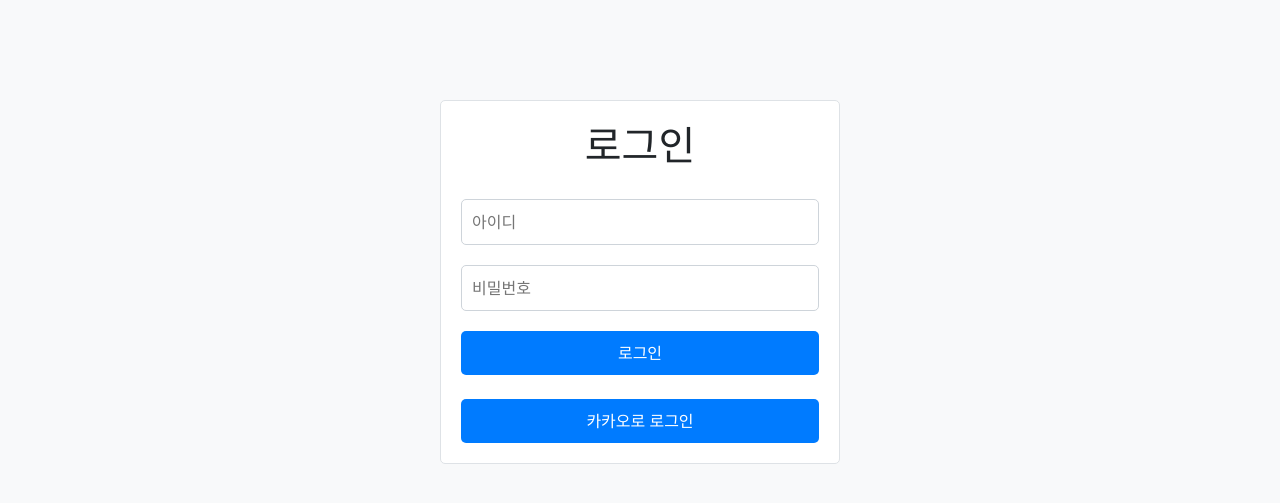
Repository: scy0814/Spring
Page: http://localhost/CYBank/jsp/login/Login.jsp
An editor plug-in stored every save of this project. The page is shown before and after the next save, followed by the edit.
The browser window is 1280 px wide. The pictures show the whole page.
The page is served by Tomcat 9. Other server files are loaded and not shown.

Above is the page before, as saved 2023-07-02 02:37:45.

### CYBank/src/main/webapp/jsp/login/Login.jsp
<%@ page language="java" contentType="text/html; charset=UTF-8" pageEncoding="UTF-8"%>
<!DOCTYPE html>
<html lang="en">
<head>
    <meta charset="UTF-8">
    <meta http-equiv="X-UA-Compatible" content="IE=edge">
    <meta name="viewport" content="width=device-width, initial-scale=1.0">
    <title>로그인</title>
    <!-- Bootstrap CSS -->
    <link rel="stylesheet" href="https://cdn.jsdelivr.net/npm/bootstrap@5.3.0/dist/css/bootstrap.min.css">
    <!-- Custom CSS -->
    <style>
        body {
            background-color: #f8f9fa;
        }

        .container {
            margin-top: 100px;
        }

        .login-wrapper {
            max-width: 400px;
            margin: 0 auto;
            background-color: #ffffff;
            border: 1px solid #dee2e6;
            border-radius: 5px;
            padding: 20px;
        }

        h1 {
            text-align: center;
            margin-bottom: 30px;
        }

        input[type="text"],
        input[type="password"] {
            width: 100%;
            padding: 10px;
            margin-bottom: 20px;
            border: 1px solid #ced4da;
            border-radius: 5px;
        }

        input[type="submit"] {
            width: 100%;
            padding: 10px;
            background-color: #007bff;
            color: #ffffff;
            border: none;
            border-radius: 5px;
            cursor: pointer;
        }

        input[type="submit"]:hover {
            background-color: #0056b3;
        }

        .kakao-login-btn {
            width: 100%;
            padding: 10px;
            background-color: #ffeb00;
            color: #000000;
            border: none;
            border-radius: 5px;
            cursor: pointer;
            text-align: center;
        }

        .kakao-login-btn:hover {
            background-color: #ffd600;
        }
    </style>
</head>
<body>
    <div class="container">
        <div class="login-wrapper">
            <h1>로그인</h1>
            <form method="post" action="${pageContext.request.contextPath}/loginProcess.do" id="login-form">
                <input type="text" name="id" placeholder="아이디">
                <input type="password" name="password" placeholder="비밀번호">
                <input type="submit" value="로그인">
            </form><br>
            <form method="post" action="${pageContext.request.contextPath}/kakaoLogin.do">
                <input type="submit" class="kakao-login-btn" style="background-color : darkyellow"  value="카카오로 로그인">
            </form>
        </div>
    </div>

    <!-- Bootstrap JS -->
    <script src="https://cdn.jsdelivr.net/npm/bootstrap@5.3.0/dist/js/bootstrap.bundle.min.js"></script>
</body>
</html>

After the next save:
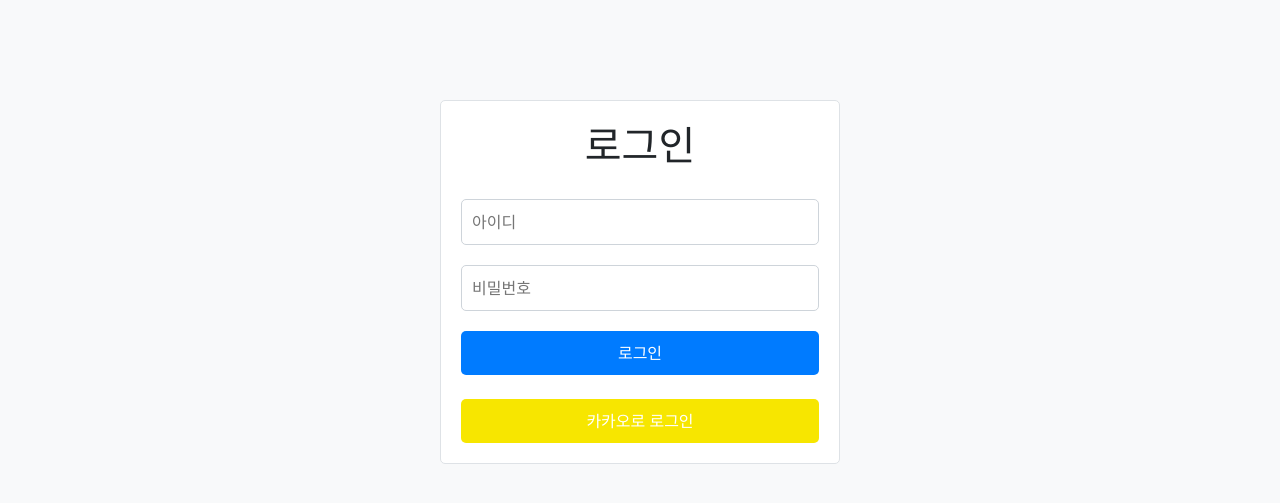
Saved 32 s later.
--- a/CYBank/src/main/webapp/jsp/login/Login.jsp
+++ b/CYBank/src/main/webapp/jsp/login/Login.jsp
@@ -81,7 +81,7 @@
                 <input type="submit" value="로그인">
             </form><br>
             <form method="post" action="${pageContext.request.contextPath}/kakaoLogin.do">
-                <input type="submit" class="kakao-login-btn" style="background-color : darkyellow"  value="카카오로 로그인">
+                <input type="submit" class="kakao-login-btn" style="background-color : #F7E600"  value="카카오로 로그인">
             </form>
         </div>
     </div>
